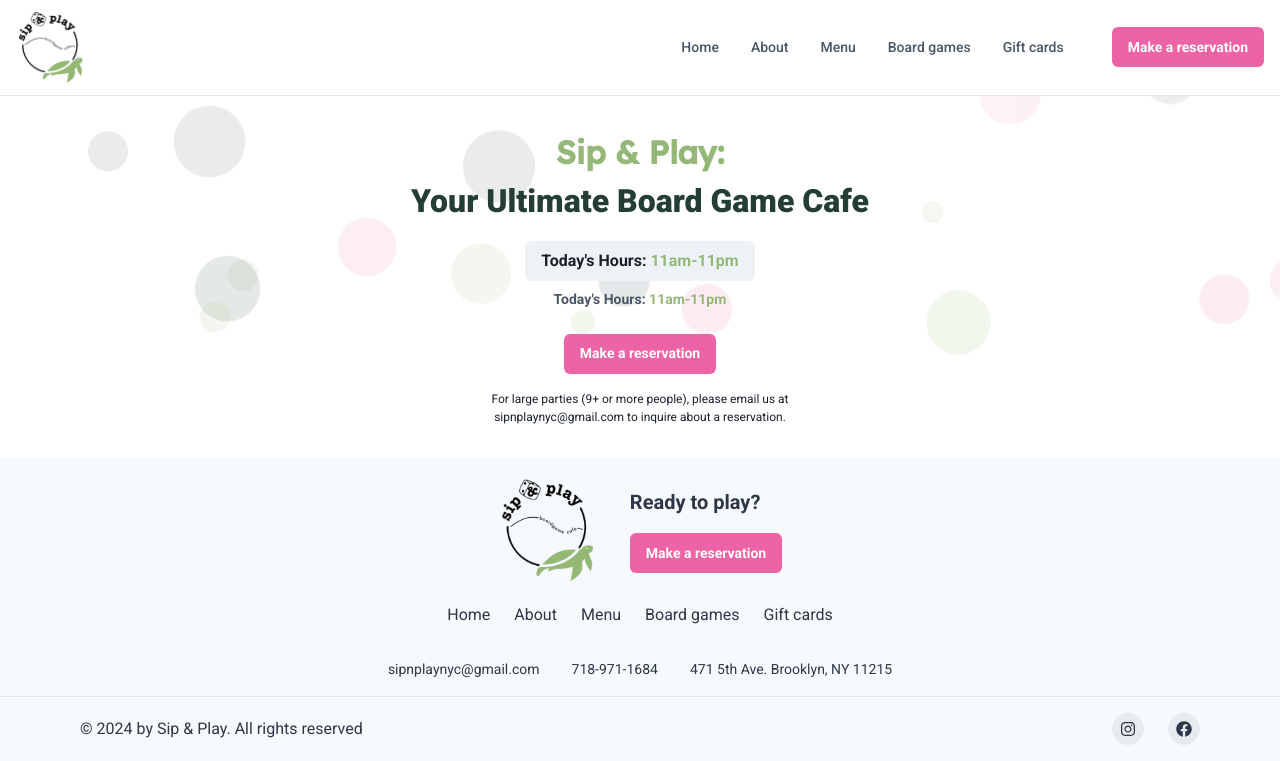
Repository: natespinetti/codedexsummerhackathon
Page: /
An editor plug-in stored every save of this project. The page is shown before and after the next save, followed by the edit.
The browser window is 1280 px wide. The pictures show the whole page.
The project was rebuilt for these pictures with package versions that can differ from the ones it lists, and the page was loaded fresh each time. The framework's server and built-in components were replaced by stand-ins that run in the browser. Also part of the build but not shown: next.config.mjs.

Above is the page before, as saved 2024-07-11 16:09:27.

### app/layout.tsx
"use client";
import Head from "next/head";
import React from "react";
import Header from "./components/Header";
import Footer from "./components/Footer";
import { Providers } from "./components/Providers";

export default function RootLayout({
  children,
}: {
  children: React.ReactNode;
}) {
  return (
    <html lang="en">
      <Head>
        <title>Sip & Play</title>
        <meta name="description" content="Board games and boba!" />
        <meta name="viewport" content="width=device-width, initial-scale=1" />
        <link rel="icon" href="/favicons/favicon.ico" />
      </Head>
      <body>
        <Providers>
          <Header />
          <main>{children}</main>
          <Footer />
        </Providers>
      </body>
    </html>
  );
}

### app/page.tsx
import Image from "next/image";
import HomeHero from "./components/HomeHero";

export default function Home() {
  return (
    <>
      <HomeHero />
    </>
  );
}

### app/components/Header.tsx
"use client";

import {
  Box,
  Flex,
  Text,
  IconButton,
  Button,
  Stack,
  Collapse,
  Icon,
  Popover,
  PopoverTrigger,
  PopoverContent,
  useColorModeValue,
  useBreakpointValue,
  Image,
  useDisclosure,
} from "@chakra-ui/react";
import {
  HamburgerIcon,
  CloseIcon,
  ChevronDownIcon,
  ChevronRightIcon,
} from "@chakra-ui/icons";
import CurrentDayHours from "./CurrentDaysHours";

export default function Header() {
  const { isOpen, onToggle } = useDisclosure();

  return (
    <Box>
      <Flex
        bg={useColorModeValue("white", "gray.800")}
        color={useColorModeValue("gray.600", "white")}
        minH={"60px"}
        py={{ base: 2 }}
        px={{ base: 4 }}
        borderBottom={1}
        borderStyle={"solid"}
        borderColor={useColorModeValue("gray.200", "gray.900")}
        align={"center"}
      >
        <Flex
          flex={{ base: 1, md: "auto" }}
          ml={{ base: -2 }}
          display={{ base: "flex", md: "none" }}
        >
          <IconButton
            onClick={onToggle}
            icon={
              isOpen ? <CloseIcon w={3} h={3} /> : <HamburgerIcon w={5} h={5} />
            }
            variant={"ghost"}
            aria-label={"Toggle Navigation"}
          />
        </Flex>
        <Flex flex={{ base: 1 }} justify={{ base: "center", md: "start" }}>
          <Text
            textAlign={useBreakpointValue({ base: "center", md: "left" })}
            fontFamily={"heading"}
            color={useColorModeValue("gray.800", "white")}
          >
            <Image
              maxW="70px"
              src="/logos/sipnplay2.png"
              alt="Sip & Play Logo"
            />
          </Text>

          <Flex
            display={{ base: "none", md: "flex" }}
            mr={10}
            alignItems="center"
            ml="auto"
          >
            <DesktopNav />
          </Flex>
        </Flex>

        <Stack
          flex={{ base: 1, md: 0 }}
          justify={"flex-end"}
          direction={"row"}
          spacing={6}
        >
          <Button
            as={"a"}
            display={{ base: "none", md: "inline-flex" }}
            fontSize={"sm"}
            fontWeight={600}
            color={"white"}
            bg={"pink.400"}
            href={"https://www.exploretock.com/sipnplay/"}
            target="_blank"
            _hover={{
              bg: "pink.300",
            }}
          >
            Make a reservation
          </Button>
        </Stack>
      </Flex>

      <Collapse in={isOpen} animateOpacity>
        <MobileNav />
      </Collapse>
    </Box>
  );
}

const DesktopNav = () => {
  const linkColor = useColorModeValue("gray.600", "gray.200");
  const linkHoverColor = useColorModeValue("gray.800", "white");
  const popoverContentBgColor = useColorModeValue("white", "gray.800");

  return (
    <Stack direction={"row"} spacing={4}>
      {NAV_ITEMS.map((navItem) => (
        <Box key={navItem.label}>
          <Popover trigger={"hover"} placement={"bottom-start"}>
            <PopoverTrigger>
              <Box
                as="a"
                p={2}
                href={navItem.href ?? "#"}
                fontSize={"sm"}
                fontWeight={500}
                color={linkColor}
                _hover={{
                  textDecoration: "none",
                  color: linkHoverColor,
                }}
              >
                {navItem.label}
              </Box>
            </PopoverTrigger>

            {navItem.children && (
              <PopoverContent
                border={0}
                boxShadow={"xl"}
                bg={popoverContentBgColor}
                p={4}
                rounded={"xl"}
                minW={"sm"}
              >
                <Stack>
                  {navItem.children.map((child) => (
                    <DesktopSubNav key={child.label} {...child} />
                  ))}
                </Stack>
              </PopoverContent>
            )}
          </Popover>
        </Box>
      ))}
    </Stack>
  );
};

const DesktopSubNav = ({ label, href, subLabel }: NavItem) => {
  return (
    <Box
      as="a"
      href={href}
      role={"group"}
      display={"block"}
      p={2}
      rounded={"md"}
      _hover={{ bg: useColorModeValue("pink.50", "gray.900") }}
    >
      <Stack direction={"row"} align={"center"}>
        <Box>
          <Text
            transition={"all .3s ease"}
            _groupHover={{ color: "pink.400" }}
            fontWeight={500}
          >
            {label}
          </Text>
          <Text fontSize={"sm"}>{subLabel}</Text>
        </Box>
        <Flex
          transition={"all .3s ease"}
          transform={"translateX(-10px)"}
          opacity={0}
          _groupHover={{ opacity: "100%", transform: "translateX(0)" }}
          justify={"flex-end"}
          align={"center"}
          flex={1}
        >
          <Icon color={"pink.400"} w={5} h={5} as={ChevronRightIcon} />
        </Flex>
      </Stack>
    </Box>
  );
};

const MobileNav = () => {
  return (
    <Stack
      bg={useColorModeValue("white", "gray.800")}
      p={4}
      display={{ md: "none" }}
    >
      {NAV_ITEMS.map((navItem) => (
        <MobileNavItem key={navItem.label} {...navItem} />
      ))}
    </Stack>
  );
};

const MobileNavItem = ({ label, children, href }: NavItem) => {
  const { isOpen, onToggle } = useDisclosure();

  return (
    <Stack spacing={4} onClick={children && onToggle}>
      <Box
        py={2}
        as="a"
        href={href ?? "#"}
        justifyContent="space-between"
        alignItems="center"
        _hover={{
          textDecoration: "none",
        }}
      >
        <Text
          fontWeight={600}
          color={useColorModeValue("gray.600", "gray.200")}
        >
          {label}
        </Text>
        {children && (
          <Icon
            as={ChevronDownIcon}
            transition={"all .25s ease-in-out"}
            transform={isOpen ? "rotate(180deg)" : ""}
            w={6}
            h={6}
          />
        )}
      </Box>

      <Collapse in={isOpen} animateOpacity style={{ marginTop: "0!important" }}>
        <Stack
          mt={2}
          pl={4}
          borderLeft={1}
          borderStyle={"solid"}
          borderColor={useColorModeValue("gray.200", "gray.700")}
          align={"start"}
        >
          {children &&
            children.map((child) => (
              <Box as="a" key={child.label} py={2} href={child.href}>
                {child.label}
              </Box>
            ))}
        </Stack>
      </Collapse>
    </Stack>
  );
};

interface NavItem {
  label: string;
  subLabel?: string;
  children?: Array<NavItem>;
  href?: string;
}

const NAV_ITEMS: Array<NavItem> = [
  {
    label: "Home",
    href: "/",
  },
  {
    label: "About",
    children: [
      {
        label: "Our story",
        subLabel: "Where it all started",
        href: "#",
      },
      {
        label: "Feedback",
        subLabel: "Let us know what you think",
        href: "#",
      },
    ],
  },
  {
    label: "Menu",
    children: [
      {
        label: "Coffee",
        subLabel: "Hot and iced coffee options",
        href: "#",
      },
      {
        label: "Specialty drinks",
        subLabel: "Spice it up with flavors and teas",
        href: "#",
      },
      {
        label: "Boba",
        subLabel: "Who doesn't love boba?",
        href: "#",
      },
      {
        label: "Hot bites",
        subLabel: "Some snacks while you play",
        href: "#",
      },
      {
        label: "Sandwiches & salads",
        subLabel: "Need something more? This is the place",
        href: "#",
      },
      {
        label: "Seasonal specials",
        subLabel: "Bevs to fit the season",
        href: "#",
      },
      {
        label: "Beer/wine",
        subLabel: "Rotating menu from local breweries",
        href: "#",
      },
    ],
  },
  {
    label: "Board games",
    href: "#",
  },
  {
    label: "Gift cards",
    href: "#",
  },
];

### app/components/Footer.tsx
"use client";

import {
  Box,
  chakra,
  Container,
  Stack,
  Text,
  useColorModeValue,
  Button,
  Image,
  VisuallyHidden,
} from "@chakra-ui/react";
import { FaInstagram, FaTwitter, FaYoutube, FaFacebook } from "react-icons/fa";
import { ReactNode } from "react";

const SocialButton = ({
  children,
  label,
  href,
}: {
  children: ReactNode;
  label: string;
  href: string;
}) => {
  return (
    <chakra.button
      bg={useColorModeValue("blackAlpha.100", "whiteAlpha.100")}
      rounded={"full"}
      w={8}
      h={8}
      cursor={"pointer"}
      as={"a"}
      href={href}
      display={"inline-flex"}
      alignItems={"center"}
      justifyContent={"center"}
      transition={"background 0.3s ease"}
      _hover={{
        bg: useColorModeValue("blackAlpha.200", "whiteAlpha.200"),
      }}
    >
      <VisuallyHidden>{label}</VisuallyHidden>
      {children}
    </chakra.button>
  );
};

export default function Footer() {
  return (
    <Box
      bg={useColorModeValue("gray.50", "gray.900")}
      color={useColorModeValue("gray.700", "gray.200")}
    >
      <Container
        as={Stack}
        maxW={"6xl"}
        py={4}
        spacing={4}
        justify={"center"}
        align={"center"}
      >
        <Box display="flex" flexDir="row" alignItems="center" gridGap="2rem">
          <Image
            maxW="100px"
            src="/logos/sipnplay2.png"
            alt="Sip & Play Logo"
          />
          <Box>
            <Text fontWeight={700} fontSize="20px" pb="1rem">
              Ready to play?
            </Text>
            <Button
              as={"a"}
              display={{ base: "none", md: "inline-flex" }}
              fontSize={"sm"}
              fontWeight={600}
              color={"white"}
              bg={"pink.400"}
              href={"https://www.exploretock.com/sipnplay/"}
              target="_blank"
              _hover={{
                bg: "pink.300",
              }}
            >
              Make a reservation
            </Button>
          </Box>
        </Box>
        <Stack direction={"row"} spacing={6}>
          <Box as="a" href={"#"}>
            Home
          </Box>
          <Box as="a" href={"#"}>
            About
          </Box>
          <Box as="a" href={"#"}>
            Menu
          </Box>
          <Box as="a" href={"#"}>
            Board games
          </Box>
          <Box as="a" href={"#"}>
            Gift cards
          </Box>
        </Stack>
        <Box
          display="flex"
          flexDir="row"
          gridGap="2rem"
          fontSize="14px"
          mt="1rem"
        >
          <Text as="a" href={"mailto:sipnplaynyc@gmail.com"}>
            sipnplaynyc@gmail.com
          </Text>
          <Text as="a" href={"tel:718-971-1684"}>
            718-971-1684
          </Text>
          <Text
            as="a"
            target="_blank"
            href={
              "https://www.google.com/maps/dir//471+5th+Ave,+Brooklyn,+NY+11215/@40.6680993,-74.0693463,12z/data=!4m8!4m7!1m0!1m5!1m1!1s0x89c25b963c296a77:0x33cab105836ef465!2m2!1d-73.9869454!2d40.6681286?entry=ttu"
            }
          >
            471 5th Ave. Brooklyn, NY 11215
          </Text>
        </Box>
      </Container>

      <Box
        borderTopWidth={1}
        borderStyle={"solid"}
        borderColor={useColorModeValue("gray.200", "gray.700")}
      >
        <Container
          as={Stack}
          maxW={"6xl"}
          py={4}
          direction={{ base: "column", md: "row" }}
          spacing={4}
          justify={{ base: "center", md: "space-between" }}
          align={{ base: "center", md: "center" }}
        >
          <Text>© 2024 by Sip & Play. All rights reserved</Text>
          <Stack direction={"row"} spacing={6}>
            <SocialButton
              label={"Instagram"}
              href={"https://www.instagram.com/sipnplaynyc/?hl=en"}
            >
              <FaInstagram />
            </SocialButton>
            <SocialButton
              label={"Facebook"}
              href={"https://www.facebook.com/sipnplaynyc/"}
            >
              <FaFacebook />
            </SocialButton>
          </Stack>
        </Container>
      </Box>
    </Box>
  );
}

### app/components/Providers.tsx
import { SPTheme } from "@/ui/theme/theme";
import { ChakraProvider } from "@chakra-ui/react";
import { ReactNode } from "react";

export function Providers({ children }: { children: ReactNode }) {
  return <ChakraProvider theme={SPTheme}>{children}</ChakraProvider>;
}

### app/components/HomeHero.tsx
"use client";
import { Box, Text, Button, keyframes } from "@chakra-ui/react";
import CurrentDayHours from "./CurrentDaysHours";

const bubbleAnimation = keyframes`
  0% {
    transform: translateY(100px) scale(1);
    opacity: 1;
  }
  100% {
    transform: translateY(-1000px) scale(1.5);
    opacity: 0;
  }
`;

const bubbles = new Array(20).fill(0).map((_, index) => ({
  id: index,
  size: Math.random() * 3 + 1,
  left: Math.random() * 100,
  animationDuration: Math.random() * 20 + 10,
  animationDelay: Math.random() * 100,
}));

export default function HomeHero() {
  return (
    <>
      <Box position="relative" overflow="hidden" h="100%" w="100%">
        {bubbles.map((bubble, index) => (
          <Box
            key={bubble.id}
            position="absolute"
            bottom="0"
            left={`${bubble.left}%`}
            width={`${bubble.size}rem`}
            height={`${bubble.size}rem`}
            bg={
              index % 3 === 0
                ? "rgba(148, 185, 115, 0.3)"
                : index % 3 === 1
                ? "rgba(36, 62, 54, 0.3)"
                : "rgba(237, 100, 166, 0.3)"
            }
            borderRadius="50%"
            animation={`${bubbleAnimation} ${bubble.animationDuration}s linear infinite`}
            transitionDelay={`${bubble.animationDelay}s`}
          />
        ))}
        <Box
          position="relative"
          w="100vw"
          p="2rem"
          display="flex"
          flexDir="column"
          justifyItems="center"
          alignItems="center"
          gridGap="1rem"
          bg="rgba(255, 255, 255, 0.5)"
        >
          <Text
            as="h1"
            fontFamily="body"
            fontWeight="900"
            fontSize="2rem"
            color="#243E36"
            textAlign="center"
          >
            <Text
              as="span"
              color="#95b878"
              fontWeight="900"
              fontFamily="heading"
              fontSize="2rem"
            >
              Sip & Play:
              <br />
            </Text>
            Your Ultimate Board Game Cafe
          </Text>
          <CurrentDayHours />
          <Button
            as={"a"}
            display={{ base: "none", md: "inline-flex" }}
            fontSize={"sm"}
            fontWeight={600}
            color={"white"}
            bg={"pink.400"}
            href={"https://www.exploretock.com/sipnplay/"}
            target="_blank"
            _hover={{
              bg: "pink.300",
            }}
          >
            Make a reservation
          </Button>

          <Text
            fontSize="12px"
            w={{ base: "100%", md: "30%" }}
            textAlign="center"
          >
            For large parties (9+ or more people), please email us at{" "}
            <Text as="a" href="mailto:sipnplaynyc@gmail.com">
              sipnplaynyc@gmail.com
            </Text>{" "}
            to inquire about a reservation.
          </Text>
        </Box>
      </Box>
    </>
  );
}

### ui/theme/theme.tsx
import { extendTheme } from "@chakra-ui/react";
import { fonts } from "./fonts";

const overrides = {
  fonts,
};

export const SPTheme = extendTheme(overrides);

### app/components/CurrentDaysHours.tsx
import React from "react";
import { Box, Text, useColorModeValue } from "@chakra-ui/react";
import {
  Popover,
  PopoverTrigger,
  PopoverContent,
  PopoverHeader,
  PopoverBody,
  PopoverFooter,
  PopoverArrow,
  PopoverCloseButton,
  Button,
  PopoverAnchor,
} from "@chakra-ui/react";

const openingHours: { [key: number]: string } = {
  0: "10am-11pm", //Sunday
  1: "11am-11pm", // Monday
  2: "11am-11pm", // Tuesday
  3: "11am-11pm", // Wednesday
  4: "11am-11pm", // Thursday
  5: "11am-12am", // Friday
  6: "10am-12am", // Saturday
};

export default function CurrentDayHours() {
  const currentDay = new Date().getDay();
  const hours = openingHours[currentDay];
  const linkColor = useColorModeValue("gray.600", "gray.200");
  const linkHoverColor = useColorModeValue("gray.800", "white");
  const popoverContentBgColor = useColorModeValue("white", "gray.800");

  return (
    <Box textAlign="center" fontSize="16px">
      <Popover>
        <PopoverTrigger>
          <Button>
            <Text fontWeight="bold">
              Today's Hours:{" "}
              <Text color="#95b878" as="span">
                {hours}
              </Text>
            </Text>
          </Button>
        </PopoverTrigger>
        <PopoverContent>
          <PopoverArrow />
          <PopoverCloseButton />
          <PopoverBody>
            <Box display="flex" flexDir="column" textAlign="left">
              <Text fontWeight="bold">
                Sunday:{" "}
                <Text color="#95b878" as="span">
                  10am-11pm
                </Text>
              </Text>
              <Text fontWeight="bold">
                Monday:{" "}
                <Text color="#95b878" as="span">
                  11am-11pm
                </Text>
              </Text>
              <Text fontWeight="bold">
                Tuesday:{" "}
                <Text color="#95b878" as="span">
                  11am-11pm
                </Text>
              </Text>
              <Text fontWeight="bold">
                Wednesday:{" "}
                <Text color="#95b878" as="span">
                  11am-11pm
                </Text>
              </Text>
              <Text fontWeight="bold">
                Thursday:{" "}
                <Text color="#95b878" as="span">
                  11am-11pm
                </Text>
              </Text>
              <Text fontWeight="bold">
                Friday:{" "}
                <Text color="#95b878" as="span">
                  11am-12am
                </Text>
              </Text>
              <Text fontWeight="bold">
                Saturday:{" "}
                <Text color="#95b878" as="span">
                  10am-12am
                </Text>
              </Text>
            </Box>
          </PopoverBody>
        </PopoverContent>
      </Popover>
      <Popover trigger={"hover"} placement={"bottom-start"}>
        <PopoverTrigger>
          <Box
            p={2}
            fontSize={"sm"}
            fontWeight={500}
            color={linkColor}
            _hover={{
              textDecoration: "none",
              color: linkHoverColor,
            }}
          >
            <Text fontWeight="bold">
              Today's Hours:{" "}
              <Text color="#95b878" as="span">
                {hours}
              </Text>
            </Text>
          </Box>
        </PopoverTrigger>

        <PopoverContent
          border={0}
          boxShadow={"xl"}
          bg={popoverContentBgColor}
          p={4}
          rounded={"xl"}
          minW={"sm"}
        >
          <Box display="flex" flexDir="column" textAlign="left">
            <Text fontWeight="bold">
              Sunday:{" "}
              <Text color="#95b878" as="span">
                10am-11pm
              </Text>
            </Text>
            <Text fontWeight="bold">
              Monday:{" "}
              <Text color="#95b878" as="span">
                11am-11pm
              </Text>
            </Text>
            <Text fontWeight="bold">
              Tuesday:{" "}
              <Text color="#95b878" as="span">
                11am-11pm
              </Text>
            </Text>
            <Text fontWeight="bold">
              Wednesday:{" "}
              <Text color="#95b878" as="span">
                11am-11pm
              </Text>
            </Text>
            <Text fontWeight="bold">
              Thursday:{" "}
              <Text color="#95b878" as="span">
                11am-11pm
              </Text>
            </Text>
            <Text fontWeight="bold">
              Friday:{" "}
              <Text color="#95b878" as="span">
                11am-12am
              </Text>
            </Text>
            <Text fontWeight="bold">
              Saturday:{" "}
              <Text color="#95b878" as="span">
                10am-12am
              </Text>
            </Text>
          </Box>
        </PopoverContent>
      </Popover>
      {/* <Text fontWeight="bold">
        Today's Hours:{" "}
        <Text color="#95b878" as="span">
          {hours}
        </Text>
      </Text> */}
    </Box>
  );
}

### ui/theme/fonts.tsx
import { Roboto, Lexend } from "next/font/google";

const roboto = Roboto({
  subsets: ["latin"],
  display: "swap",
  weight: ["100", "300", "400", "500", "700", "900"],
  style: ["normal", "italic"],
});

const lexend = Lexend({
  subsets: ["latin"],
  display: "swap",
  weight: ["300", "400", "500"],
  style: ["normal"],
});

export const fonts = {
  heading: lexend.style.fontFamily,
  body: roboto.style.fontFamily,
};

After the next save:
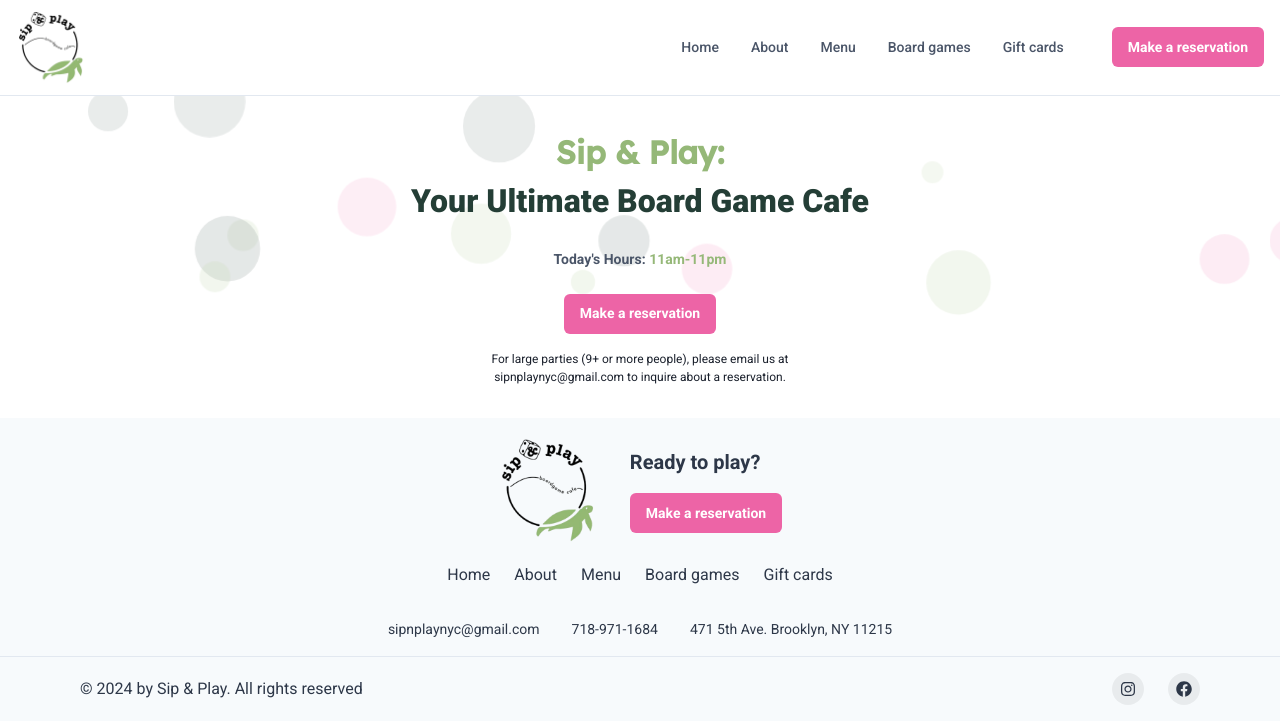
Saved 57 s later.
--- a/app/components/CurrentDaysHours.tsx
+++ b/app/components/CurrentDaysHours.tsx
@@ -32,68 +32,6 @@
 
   return (
     <Box textAlign="center" fontSize="16px">
-      <Popover>
-        <PopoverTrigger>
-          <Button>
-            <Text fontWeight="bold">
-              Today's Hours:{" "}
-              <Text color="#95b878" as="span">
-                {hours}
-              </Text>
-            </Text>
-          </Button>
-        </PopoverTrigger>
-        <PopoverContent>
-          <PopoverArrow />
-          <PopoverCloseButton />
-          <PopoverBody>
-            <Box display="flex" flexDir="column" textAlign="left">
-              <Text fontWeight="bold">
-                Sunday:{" "}
-                <Text color="#95b878" as="span">
-                  10am-11pm
-                </Text>
-              </Text>
-              <Text fontWeight="bold">
-                Monday:{" "}
-                <Text color="#95b878" as="span">
-                  11am-11pm
-                </Text>
-              </Text>
-              <Text fontWeight="bold">
-                Tuesday:{" "}
-                <Text color="#95b878" as="span">
-                  11am-11pm
-                </Text>
-              </Text>
-              <Text fontWeight="bold">
-                Wednesday:{" "}
-                <Text color="#95b878" as="span">
-                  11am-11pm
-                </Text>
-              </Text>
-              <Text fontWeight="bold">
-                Thursday:{" "}
-                <Text color="#95b878" as="span">
-                  11am-11pm
-                </Text>
-              </Text>
-              <Text fontWeight="bold">
-                Friday:{" "}
-                <Text color="#95b878" as="span">
-                  11am-12am
-                </Text>
-              </Text>
-              <Text fontWeight="bold">
-                Saturday:{" "}
-                <Text color="#95b878" as="span">
-                  10am-12am
-                </Text>
-              </Text>
-            </Box>
-          </PopoverBody>
-        </PopoverContent>
-      </Popover>
       <Popover trigger={"hover"} placement={"bottom-start"}>
         <PopoverTrigger>
           <Box
@@ -169,12 +107,6 @@
           </Box>
         </PopoverContent>
       </Popover>
-      {/* <Text fontWeight="bold">
-        Today's Hours:{" "}
-        <Text color="#95b878" as="span">
-          {hours}
-        </Text>
-      </Text> */}
     </Box>
   );
 }
